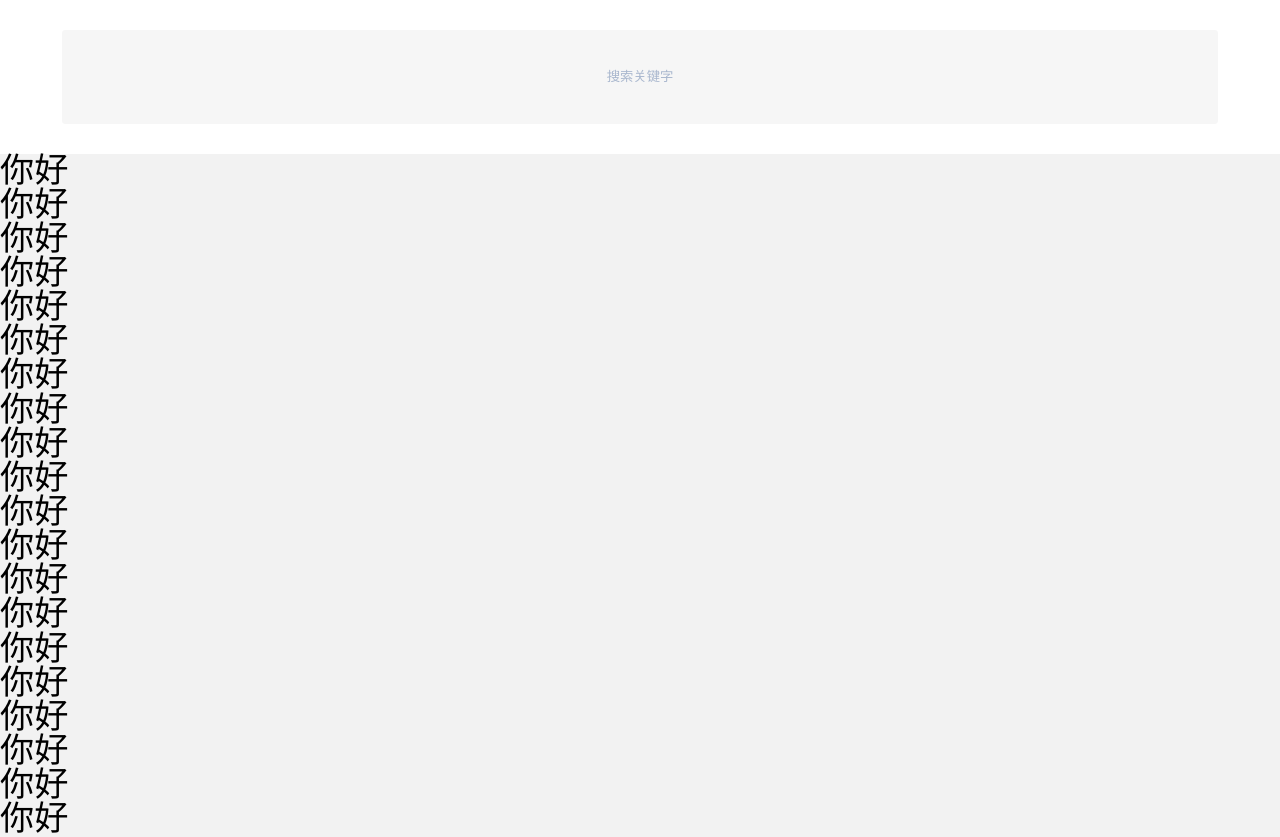
Repository: 421538074/sell
Page: consumer/goods-classify.html
The author's editor kept a copy of each file at every save. The page is drawn from the files as they stood at one save, then again after the next save.
The browser window is 1280 px wide. The pictures show the whole page.

Above is the page before, as saved 2019-05-29 16:15:28.

### consumer/goods-classify.html
<!DOCTYPE html>
<html lang="en">
<head>
    <meta charset="UTF-8">
    <meta name="viewport" content="width=device-width, initial-scale=1.0">
    <meta http-equiv="X-UA-Compatible" content="ie=edge">
    <title>商品分类</title>
    <link rel="stylesheet" href="../css/base.css">
    <link rel="stylesheet" href="css/goods-classify.css">
</head>
<body>
    <div id="app" class="content">
        <div class="search-bar-wrapper">
            <input placeholder="搜索关键字" type="text" class="search-input">
        </div>
        <div class="goods-classify-wrapper">
            <ul class="main-classify-wrapper">
                <li v-for="n in 20" class="main-classify-item">
                    你好
                </li>
            </ul>
            <div class="sub-classify-wrapper">

            </div>
        </div>
    </div>
    <script src="../js/api.js"></script>
    <script src="../js/vue.js"></script>
    <script src="js/vue-mixin.js"></script>
    <script src="js/goods-classify.js"></script>
</body>
</html>

### css/base.css
/* http://meyerweb.com/eric/tools/css/reset/
   v2.0 | 20110126
   License: none (public domain)
*/

html,
body,
div,
span,
applet,
object,
iframe,
h1,
h2,
h3,
h4,
h5,
h6,
p,
blockquote,
pre,
a,
abbr,
acronym,
address,
big,
cite,
code,
del,
dfn,
em,
img,
ins,
kbd,
q,
s,
samp,
small,
strike,
strong,
sub,
sup,
tt,
var,
b,
u,
i,
center,
dl,
dt,
dd,
ol,
ul,
li,
fieldset,
form,
label,
legend,
table,
caption,
tbody,
tfoot,
thead,
tr,
th,
td,
article,
aside,
canvas,
details,
embed,
figure,
figcaption,
footer,
header,
hgroup,
menu,
nav,
output,
ruby,
section,
summary,
time,
mark,
audio,
video {
    margin: 0;
    padding: 0;
    border: 0;
    font-size: 100%;
    font: inherit;
    vertical-align: baseline;
}

/* HTML5 display-role reset for older browsers */
article,
aside,
details,
figcaption,
figure,
footer,
header,
hgroup,
menu,
nav,
section {
    display: block;
}

body {
    line-height: 1;
}

ol,
ul {
    list-style: none;
}

blockquote,
q {
    quotes: none;
}

blockquote:before,
blockquote:after,
q:before,
q:after {
    content: '';
    content: none;
}

table {
    border-collapse: collapse;
    border-spacing: 0;
}


body,
html {
    font-size: calc(100vw / 37.5);
    font-family: PingFangSC-Medium;
    background: #F2F2F2;
}


[v-cloak] {
    display: none;
}


hr {
    margin: 0;
    padding: 0;
}

.clearfix {
    zoom: 1;
}

.clearfix:after {
    content: ".";
    display: block;
    visibility: hidden;
    height: 0;
    clear: both;
}

[v-cloak] {
    display: none;
}

### consumer/css/goods-classify.css
div.content {
    display: flex;
    flex-direction: column;
}
div.search-bar-wrapper{
    height: 4.5rem;
    display: flex;
    align-items: center;
    justify-content: center;
    background: #ffffff;
}
input.search-input {
    width: 90%;
    border: none;
    height: 60%;
    border-radius: 0.1rem;
    background: #F6F6F6;
}
input::-webkit-input-placeholder {
    color: #A9B7CE;
    text-align: center;
}
.goods-classify-wrapper {
    flex: 1;
}

### js/api.js



// window.warn = {
//     alert: function alert(msg) {
//         var template = `
// `
//         $('body').append(template);
//         $('.alert-body').animate({
//             top: "40px"
//         }, 200);
//         // setTimeout(function () {
//         //     warn.close();
//         // }, 1500);
//     },
//     close: function close() {
//         $('.alert-body').animate({
//             top: "-280px"
//         }, 200);
//         setTimeout(function () {
//             $('#alert-msg').remove();
//         }, 200);
//     }
// };

### consumer/js/vue-mixin.js
Vue.mixin({
    methods: {
        /**
         * 限制长度
         * @param {String} 要限制长度的字段
         * @param {Number} 长度
         */
        limitLength(key, length) {
            this[key] = this[key].substring(0, length);
        },
        /**
         * 验证11位手机号
         * @param {Number} phone
         */
        validatePhone(phone) {
            const phoneReg = /^[1-9][0-9]{9}[0-9]$/;
            return phoneReg.test(phone);
        },
        /**
         * 发送手机验证码
         * @param {Number} waitTimeKey 等待时间键名
         * @param {String} tipsKey 发送验证码显示的信息的键名
         * @param {String} phoneKey 手机号键名
         * @param {String} reSendMsg  按钮默认显示的文字
         */
        sendCode(waitTimeKey, tipsKey, phoneKey, defaultMsg) {
            if (!this.validatePhone(this[phoneKey])) {
                alert('无效手机号!');
                return;
            }
            if (this[waitTimeKey] == 60) {
                $.post('', {
                        phone: this[phoneKey]
                    }, (res) => {
                        if (res.status == 1) {
                            const interval = setInterval(() => {
                                if (this[waitTimeKey] == 1) {
                                    this[waitTimeKey] = 60;
                                    this[tipsKey] = defaultMsg;
                                    clearInterval(interval);
                                    return;
                                }
                                this[waitTimeKey] -= 1;
                                this[tipsKey] = `${this[waitTimeKey]}s`;
                            }, 1000);
                        } else {
                            alert('发送失败!');
                        }
                    }, 'json')
                    .fail(err => {
                        alert('服务器异常!');
                    });
            }
        },
        /**
         * 链接跳转
         * @param {String} url
         */
        linkTo(url) {
            window.location.href = url;
        }
    },
    filters: {

    }
})

### consumer/js/goods-classify.js
new Vue({
    el:'#app'
})

Loaded but not shown: js/vue.js (library)

After the next save:
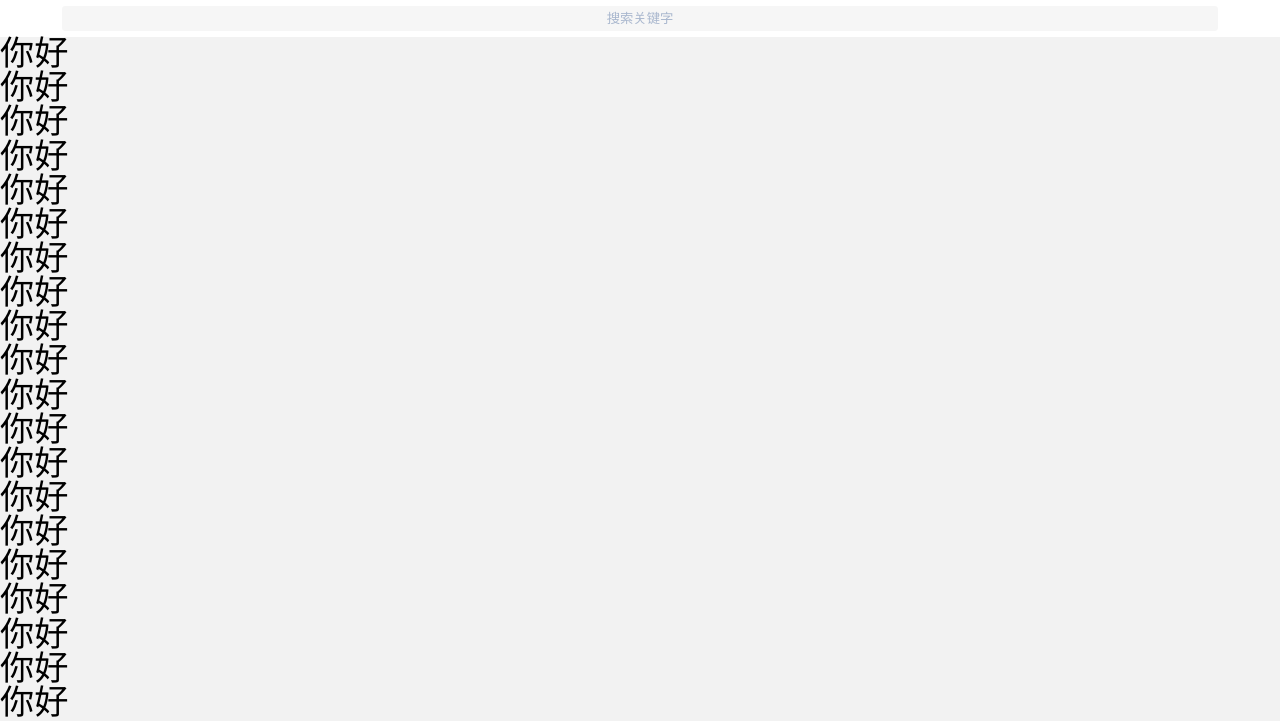
Saved 11 s later.
--- a/consumer/css/goods-classify.css
+++ b/consumer/css/goods-classify.css
@@ -1,3 +1,6 @@
+html,body,div.content{
+    height: 100%;
+}
 div.content {
     display: flex;
     flex-direction: column;
